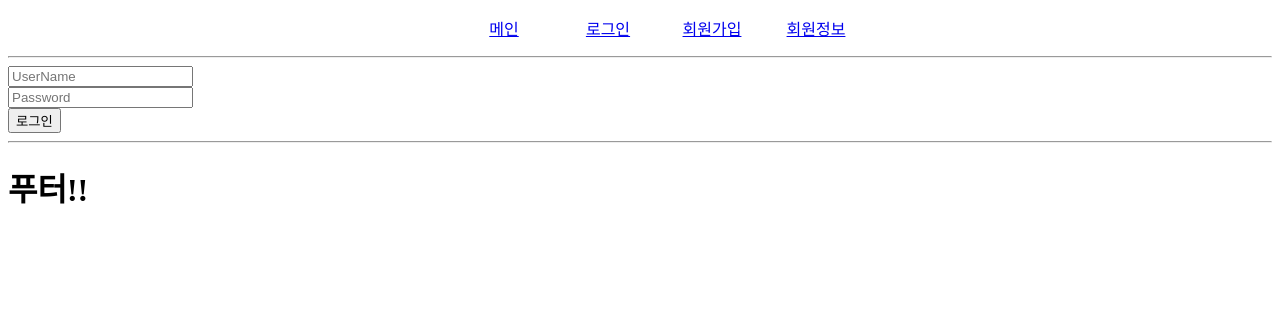
Repository: sunandjun/jspwork
Page: http://localhost/cos/login.jsp
These files come from the project's save history. The page is drawn as it stood at one moment and after the next save; the edit follows.
The browser window is 1280 px wide. The pictures show the whole page.
The page is served by Tomcat 9. Other server files are loaded and not shown.

Above is the page before, as saved 2020-08-22 06:47:37.

### cos/WebContent/login.jsp
<%@ page language="java" contentType="text/html; charset=UTF-8"
    pageEncoding="UTF-8"%>

<%@ include file="layout/header.jsp" %>

<!-- 로그인은 Read 하는 것인데 보안을 위해 POST로 전송한다 -->
<form action="loginProc.jsp" method="post">
	<input type="text" name="username" placeholder="UserName"/><br/>
	<input type="password" name="password" placeholder="Password"/><br/>
	<button>로그인</button><br/>
</form>

<%@ include file="layout/footer.jsp" %>

### cos/WebContent/layout/header.jsp
<%@ page language="java" contentType="text/html; charset=UTF-8"
    pageEncoding="UTF-8"%>
<!DOCTYPE html>
<html>
<head>
<meta charset="UTF-8">
<title>메인페이지</title>
<style type="text/css">
	ul {
		text-align: center;
	}

	li {
		display: inline-block;
		width: 100px;
	}

</style>
</head>
<body>
<ul>
	<li><a href="main.jsp">메인</a></li>
	<li><a href="login.jsp">로그인</a></li>
	<li><a href="join.jsp">회원가입</a></li>
	<li><a href="info.jsp">회원정보</a></li>
</ul>
<hr/>

### cos/WebContent/layout/footer.jsp
<%@ page language="java" contentType="text/html; charset=UTF-8"
    pageEncoding="UTF-8"%>
    <hr/>
    <h1>푸터!!</h1>
</body>
</html>

After the next save:
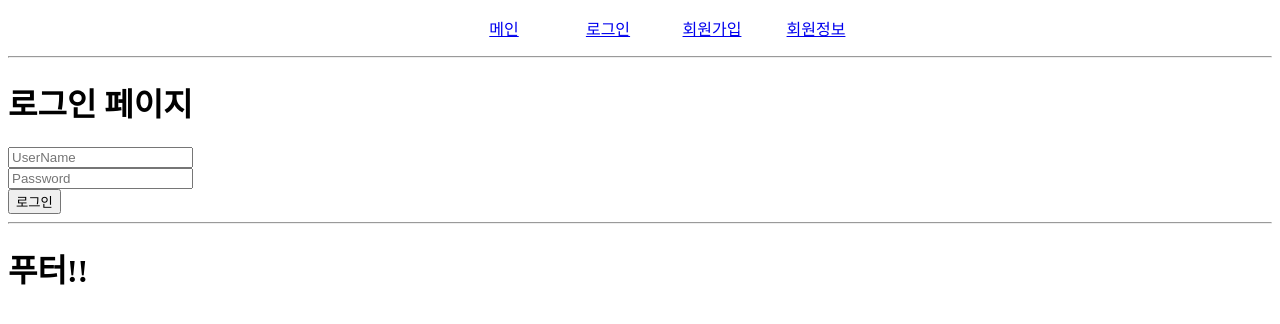
Saved 10 s later.
--- a/cos/WebContent/login.jsp
+++ b/cos/WebContent/login.jsp
@@ -2,6 +2,8 @@
     pageEncoding="UTF-8"%>
 
 <%@ include file="layout/header.jsp" %>
+
+<h1>로그인 페이지</h1>
 
 <!-- 로그인은 Read 하는 것인데 보안을 위해 POST로 전송한다 -->
 <form action="loginProc.jsp" method="post">
